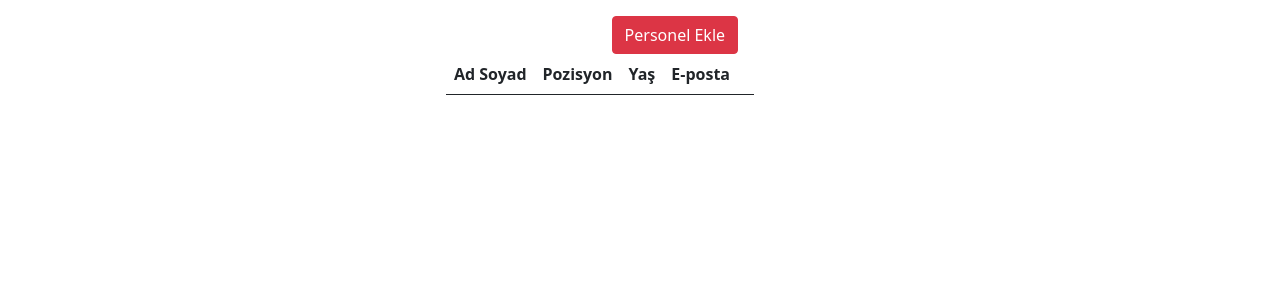
Repository: okankrdg/ReactCoreCRUD
Page: /employee/index (app in ReactCoreCRUD.Web/client/)
These files come from the project's save history. The page is drawn as it stood at one moment and after the next save; the edit follows.
The browser window is 1280 px wide. The pictures show the whole page.
The page's requests for data from a server got no answer. The project was rebuilt for these pictures with package versions that can differ from the ones it lists, and the page was loaded fresh each time. No one was signed in, and anything a server would have sent is missing. Also part of the build but not shown: ReactCoreCRUD.Web/client/src/pages/Employee/createOrEdit.tsx, ReactCoreCRUD.Web/client/src/pages/Exception/index.tsx.

Above is the page before, as saved 2021-10-08 19:57:00.

After the next save:
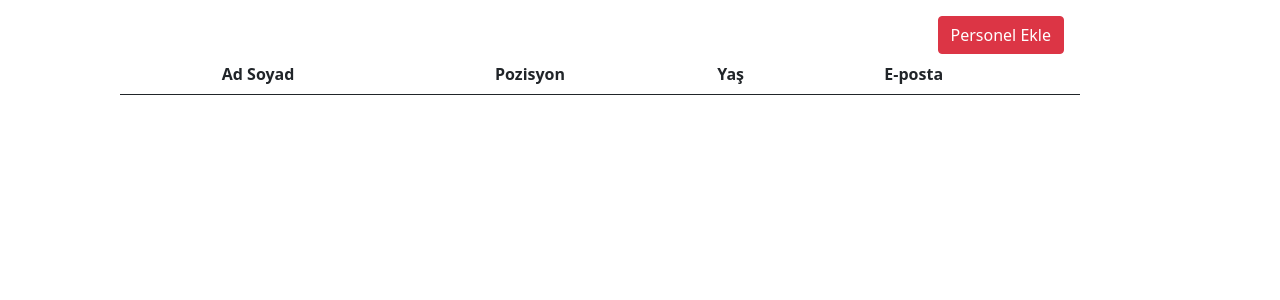
Saved 12 s later.
--- a/ReactCoreCRUD.Web/client/src/index.css
+++ b/ReactCoreCRUD.Web/client/src/index.css
@@ -25,3 +25,6 @@ code {
     justify-content: center;
     max-width: 1200px;
 }
+.employee-index{
+  width: 80%;
+}
